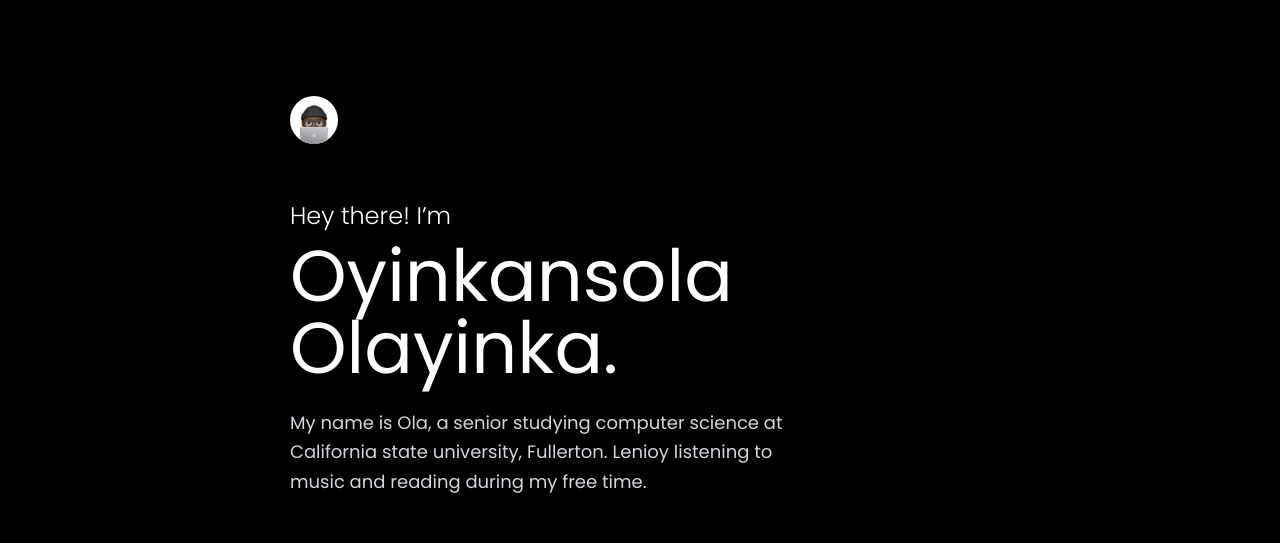
Repository: olasores/olasores-portfolio
Page: /
An editor plug-in stored every save of this project. The page is shown before and after the next save, followed by the edit.
The browser window is 1280 px wide. The pictures show the whole page.
The project was rebuilt for these pictures with package versions that can differ from the ones it lists, and the page was loaded fresh each time. The framework's server and built-in components were replaced by stand-ins that run in the browser. Also part of the build but not shown: next.config.ts.

Above is the page before, as saved 2025-11-11 12:50:10.

### app/layout.tsx
import type { Metadata } from "next";
import { Poppins } from "next/font/google";
import "./globals.css";
import Navbar from "./components/Navbar";

const poppins = Poppins({
  variable: "--font-poppins",
  weight: ["300", "400", "500", "600", "700"],
  subsets: ["latin"],
});

export const metadata: Metadata = {
  title: "Create Next App",
  description: "Generated by create next app",
};

export default function RootLayout({
  children,
}: Readonly<{
  children: React.ReactNode;
}>) {
  return (
    <html lang="en">
      <body
        className={`${poppins.variable} antialiased`}
      >
        <Navbar />
        {children}
      </body>
    </html>
  );
}

### app/page.tsx
import HomeSection from "./components/HomeSection";
import Portfolio from "./components/Portfolio";

export default function Home() {
  return (
    <div className="flex flex-col bg-black">
      <HomeSection />
      <Portfolio />
    </div>
  );
}

### app/globals.css
@import "tailwindcss";

* {
  font-family: 'Poppins', sans-serif;
}

:root {
  --background: #ffffff;
  --foreground: #171717;
}

@media (prefers-color-scheme: dark) {
  :root {
    --background: #0a0a0a;
    --foreground: #ededed;
  }
}

body {
  background: var(--background);
  color: var(--foreground);
}

### app/components/Navbar.tsx
export default function Navbar() {
    return (
        <nav className="fixed top-20 left-0 right-0 bg-black/80 backdrop-blur-sm px-6 py-4 z-50 flex justify-center">
            <div className="max-w-[700px] w-full flex items-center justify-between">
                {/* Logo */}
                <div className="relative w-12 h-12 rounded-full bg-white overflow-hidden flex items-center justify-center">
                    <img
                        src="/assets/olaimg2.webp"
                        alt="Oyinkansola Olayinka Logo"
                        className="w-full h-full object-cover"
                    />
                </div>

                {/* Links */}
                {/* <div className="flex gap-8 text-white">
                    <a href="#" className="hover:text-gray-400 transition">
                        Github ↗
                    </a>
                    <a href="#" className="hover:text-gray-400 transition">
                        linkedin ↗
                    </a>
                    <a href="#" className="hover:text-gray-400 transition">
                        Resume ↗
                    </a>
                </div> */}
            </div>
        </nav>
    );
}

### app/components/HomeSection.tsx


export default function HomeSection() {
    return (
        <div className="flex min-h-screen justify-center bg-black font-sans dark:bg-black px-6 py-5 pt-50">
            <div className="max-w-[700px] w-full flex flex-col gap-12">
                {/* Text content */}
                <div className="flex flex-col gap-6 items-center md:items-start">
                    <div>
                        <h2 className="text-xl md:text-2xl font-light text-white mb-2">
                            Hey there! I&rsquo;m
                        </h2>
                        <h1 className="text-5xl md:text-7xl  text-white">
                            Oyinkansola Olayinka.
                        </h1>
                    </div>

                    <p className="text-base md:text-lg text-gray-300 leading-relaxed max-w-lg">
                        My name is Ola, a senior studying computer science at California state university, Fullerton. Lenioy listening to music and reading during my free time.
                    </p>

                    {/* Links */}
                    {/* <div className="flex gap-6 text-lg md:text-xl text-white">
                        <a href="#" className="hover:text-gray-400 transition">
                            Github ↗
                        </a>
                        <a href="#" className="hover:text-gray-400 transition">
                            linkedin ↗
                        </a>
                        <a href="#" className="hover:text-gray-400 transition">
                            Resume ↗
                        </a>
                    </div> */}
                </div>
            </div>
        </div>
    );
}

### app/components/Portfolio.tsx
export default function Portfolio() {
    return (
        <div>

        </div>

    );
}

After the next save:
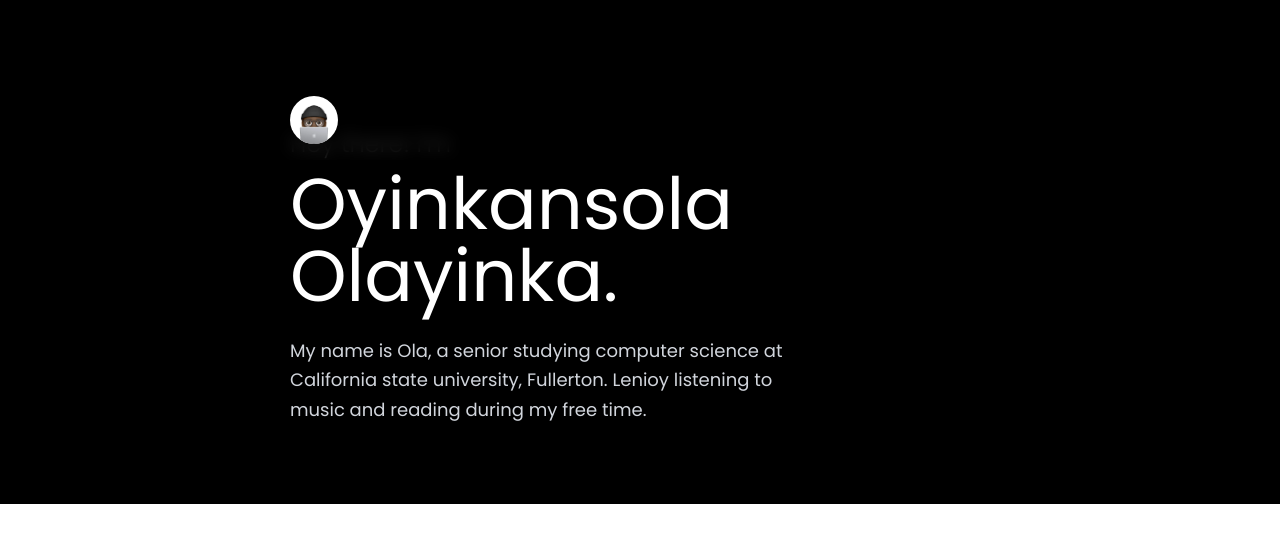
Saved 4 s later.
--- a/app/components/HomeSection.tsx
+++ b/app/components/HomeSection.tsx
@@ -2,7 +2,7 @@
 
 export default function HomeSection() {
     return (
-        <div className="flex min-h-screen justify-center bg-black font-sans dark:bg-black px-6 py-5 pt-50">
+        <div className="flex justify-center bg-black font-sans dark:bg-black px-6 py-20 pt-32">
             <div className="max-w-[700px] w-full flex flex-col gap-12">
                 {/* Text content */}
                 <div className="flex flex-col gap-6 items-center md:items-start">
